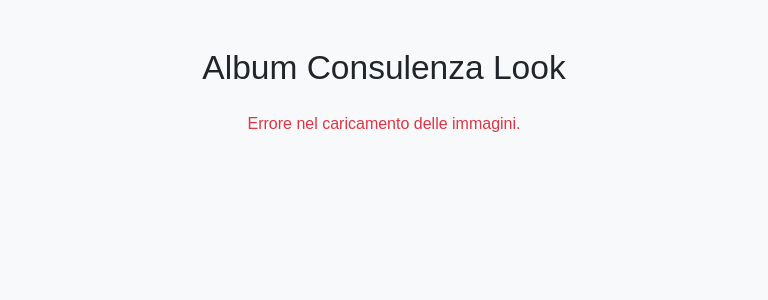
Repository: Probyte5D/Armocromia-website
Page: album.html
An editor plug-in stored every save of this project. The page is shown before and after the next save, followed by the edit.
The browser window is 768 px wide. The pictures show the whole page.
The page's requests for data from a server got no answer.

Above is the page before, as saved 2025-04-18 21:30:44.

### album.html
<!DOCTYPE html>
<html lang="it">
<head>
  <meta charset="UTF-8">
  <meta name="viewport" content="width=device-width, initial-scale=1.0">
  <title>Album Consulenza Look</title>
  <link href="https://cdn.jsdelivr.net/npm/bootstrap@5.1.0/dist/css/bootstrap.min.css" rel="stylesheet">
   <!-- CSS personalizzato -->
   <link rel="stylesheet" href="album.css" />
</head>
<body>
  <div class="container py-5">
    <h1 class="text-center mb-4">Album Consulenza Look</h1>
    <div id="lookAlbum" class="row g-3">
      <!-- Le immagini saranno caricate qui dinamicamente -->
    </div>
  </div>
  <script src="https://cdn.jsdelivr.net/npm/bootstrap@5.1.0/dist/js/bootstrap.bundle.min.js"></script>
  <script src="album.js"></script>

</body>
</html>

### album.css
  /* CSS personalizzato per migliorare l'aspetto dell'album */
  body {
    background-color: #f8f9fa;
    font-family: 'Arial', sans-serif;
  }

  .album-container {
    margin-top: 50px;
  }

  .album-title {
    font-size: 2rem;
    font-weight: bold;
    color: #333;
    margin-bottom: 30px;
    text-align: center;
  }

  .album-item {
    border-radius: 10px;
    overflow: hidden;
    position: relative;
    box-shadow: 0 4px 10px rgba(0, 0, 0, 0.1);
  }

  .album-item img {
    width: 100%;
    height: auto;
    transition: transform 0.3s ease-in-out;
  }

  .album-item:hover img {
    transform: scale(1.05);
  }

  .album-item .caption {
    position: absolute;
    bottom: 0;
    left: 0;
    right: 0;
    padding: 15px;
    background-color: rgba(0, 0, 0, 0.5);
    color: white;
    font-size: 1rem;
    text-align: center;
  }

  @media (max-width: 768px) {
    .album-item {
      margin-bottom: 20px;
    }
  }

### album.js

    const API_KEY = '1J5XZG6HEjef4TKrOiBtmHWoMJVdLRUIxplL9GJzFHBeI64zgRPny53m';
    const query = 'fashion look';  // Modifica la query per altre immagini

    // Carica le immagini
    fetch(`https://api.pexels.com/v1/search?query=${encodeURIComponent(query)}&per_page=9`, {
      headers: { Authorization: API_KEY }
    })
    .then(r => r.json())
    .then(data => {
      const row = document.getElementById('lookAlbum');
      if (data && data.photos) {
        data.photos.forEach(photo => {
          const col = document.createElement('div');
          col.className = 'col-6 col-md-4';
          col.innerHTML = `
            <img src="${photo.src.medium}" class="img-fluid rounded shadow-sm" alt="${photo.photographer}" title="Ph: ${photo.photographer}">
          `;
          row.appendChild(col);
        });
      } else {
        row.innerHTML = '<p class="text-danger text-center">Nessuna immagine trovata per questa ricerca.</p>';
      }
    })
    .catch(err => {
      console.error(err);
      const row = document.getElementById('lookAlbum');
      row.innerHTML = '<p class="text-danger text-center">Errore nel caricamento delle immagini.</p>';
    });

After the next save:
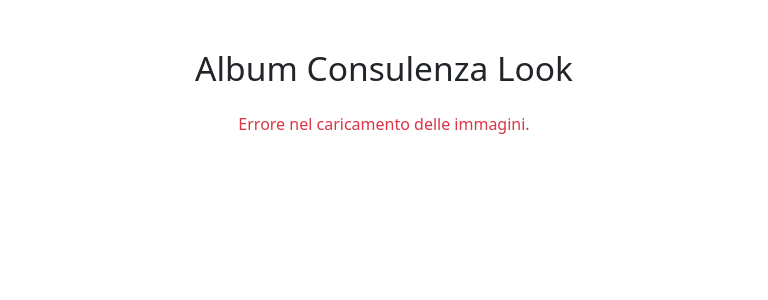
Saved 64 s later.
--- a/album.css
+++ b/album.css
@@ -1,52 +1,37 @@
-  /* CSS personalizzato per migliorare l'aspetto dell'album */
-  body {
-    background-color: #f8f9fa;
-    font-family: 'Arial', sans-serif;
+// Codice per caricare le immagini dinamicamente da Pexels
+
+const API_KEY = '1J5XZG6HEjef4TKrOiBtmHWoMJVdLRUIxplL9GJzFHBeI64zgRPny53m';
+const query = 'fashion look';  // Cambia questa query per altre immagini
+
+// Recupera le immagini da Pexels API
+fetch(`https://api.pexels.com/v1/search?query=${encodeURIComponent(query)}&per_page=9`, {
+  headers: { Authorization: API_KEY }
+})
+.then(response => response.json())
+.then(data => {
+  const row = document.getElementById('lookAlbum');
+
+  // Controlla se i dati sono validi e popoliamo l'album
+  if (data && data.photos) {
+    data.photos.forEach(photo => {
+      const col = document.createElement('div');
+      col.className = 'col-12 col-md-4';  // Responsività: 3 colonne su desktop, 1 su mobile
+      col.innerHTML = `
+        <div class="album-item">
+          <img src="${photo.src.medium}" alt="Foto di ${photo.photographer}" title="Ph: ${photo.photographer}">
+          <div class="caption">
+            <p class="m-0">Photo by ${photo.photographer}</p>
+          </div>
+        </div>
+      `;
+      row.appendChild(col);
+    });
+  } else {
+    row.innerHTML = '<p class="text-danger text-center">Nessuna immagine trovata per questa ricerca.</p>';
   }
-
-  .album-container {
-    margin-top: 50px;
-  }
-
-  .album-title {
-    font-size: 2rem;
-    font-weight: bold;
-    color: #333;
-    margin-bottom: 30px;
-    text-align: center;
-  }
-
-  .album-item {
-    border-radius: 10px;
-    overflow: hidden;
-    position: relative;
-    box-shadow: 0 4px 10px rgba(0, 0, 0, 0.1);
-  }
-
-  .album-item img {
-    width: 100%;
-    height: auto;
-    transition: transform 0.3s ease-in-out;
-  }
-
-  .album-item:hover img {
-    transform: scale(1.05);
-  }
-
-  .album-item .caption {
-    position: absolute;
-    bottom: 0;
-    left: 0;
-    right: 0;
-    padding: 15px;
-    background-color: rgba(0, 0, 0, 0.5);
-    color: white;
-    font-size: 1rem;
-    text-align: center;
-  }
-
-  @media (max-width: 768px) {
-    .album-item {
-      margin-bottom: 20px;
-    }
-  }
+})
+.catch(err => {
+  console.error(err);
+  const row = document.getElementById('lookAlbum');
+  row.innerHTML = '<p class="text-danger text-center">Errore nel caricamento delle immagini.</p>';
+});

After the save that followed:
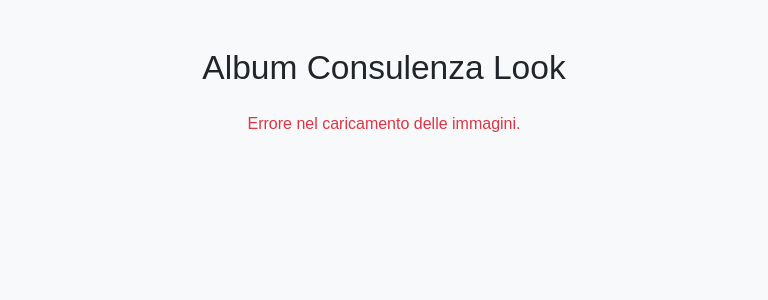
Saved 10 s later.
--- a/album.css
+++ b/album.css
@@ -1,37 +1,40 @@
-// Codice per caricare le immagini dinamicamente da Pexels
+/* CSS personalizzato per migliorare l'aspetto dell'album */
+body {
+  background-color: #f8f9fa;
+  font-family: 'Arial', sans-serif;
+}
 
-const API_KEY = '1J5XZG6HEjef4TKrOiBtmHWoMJVdLRUIxplL9GJzFHBeI64zgRPny53m';
-const query = 'fashion look';  // Cambia questa query per altre immagini
+.album-item {
+  border-radius: 10px;
+  overflow: hidden;
+  position: relative;
+  box-shadow: 0 4px 10px rgba(0, 0, 0, 0.1);
+}
 
-// Recupera le immagini da Pexels API
-fetch(`https://api.pexels.com/v1/search?query=${encodeURIComponent(query)}&per_page=9`, {
-  headers: { Authorization: API_KEY }
-})
-.then(response => response.json())
-.then(data => {
-  const row = document.getElementById('lookAlbum');
+.album-item img {
+  width: 100%;
+  height: auto;
+  transition: transform 0.3s ease-in-out;
+}
 
-  // Controlla se i dati sono validi e popoliamo l'album
-  if (data && data.photos) {
-    data.photos.forEach(photo => {
-      const col = document.createElement('div');
-      col.className = 'col-12 col-md-4';  // Responsività: 3 colonne su desktop, 1 su mobile
-      col.innerHTML = `
-        <div class="album-item">
-          <img src="${photo.src.medium}" alt="Foto di ${photo.photographer}" title="Ph: ${photo.photographer}">
-          <div class="caption">
-            <p class="m-0">Photo by ${photo.photographer}</p>
-          </div>
-        </div>
-      `;
-      row.appendChild(col);
-    });
-  } else {
-    row.innerHTML = '<p class="text-danger text-center">Nessuna immagine trovata per questa ricerca.</p>';
+.album-item:hover img {
+  transform: scale(1.05);
+}
+
+.album-item .caption {
+  position: absolute;
+  bottom: 0;
+  left: 0;
+  right: 0;
+  padding: 15px;
+  background-color: rgba(0, 0, 0, 0.5);
+  color: white;
+  font-size: 1rem;
+  text-align: center;
+}
+
+@media (max-width: 768px) {
+  .album-item {
+    margin-bottom: 20px;
   }
-})
-.catch(err => {
-  console.error(err);
-  const row = document.getElementById('lookAlbum');
-  row.innerHTML = '<p class="text-danger text-center">Errore nel caricamento delle immagini.</p>';
-});
+}
